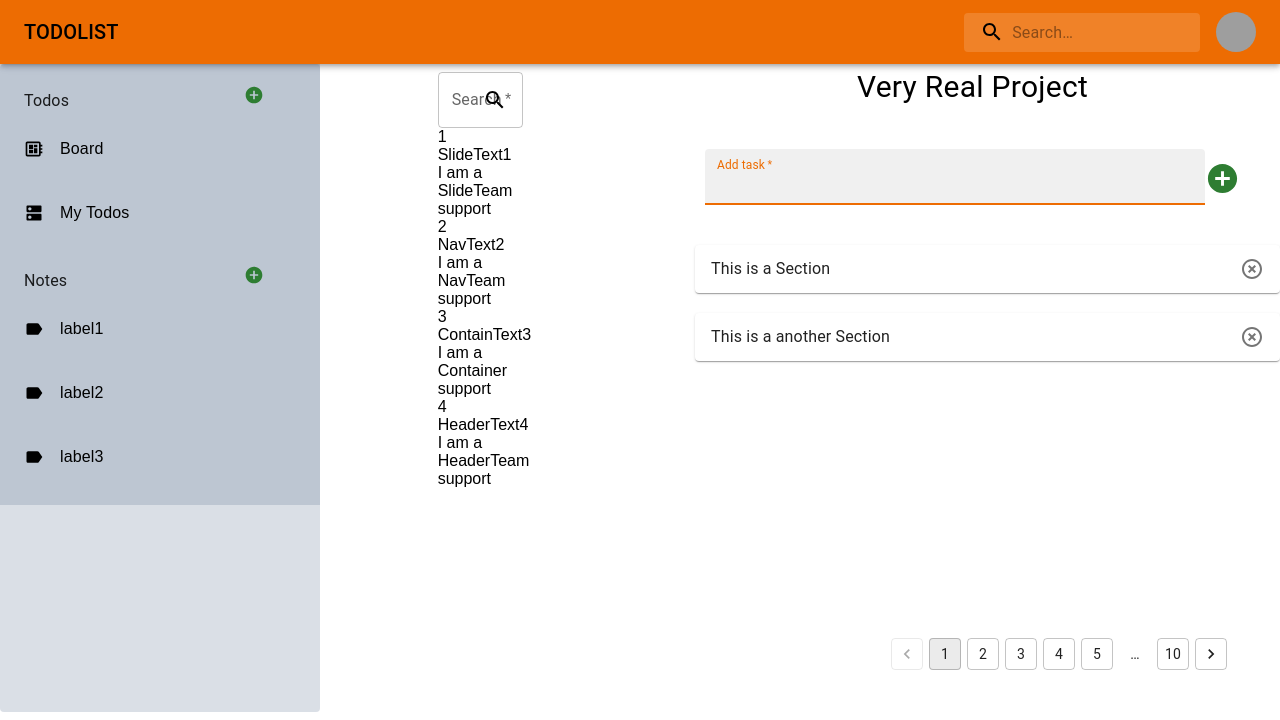
Repository: HrishrathTBS/Trackerbea
Page: /board (app in client/)
The author's editor kept a copy of each file at every save. The page is drawn from the files as they stood at one save, then again after the next save.
The browser window is 1280 px wide. The pictures show the whole page.
Pictures or frames that could not be fetched are drawn as grey boxes. The project was rebuilt for these pictures with package versions that can differ from the ones it lists, and the page was loaded fresh each time. Also part of the build but not shown: client/src/components/TodoList.js, client/src/components/ListOfBar.js, client/src/components/MyTodos.js, client/src/pages/Label/Label1.js, client/src/pages/Label/Label2.js, client/src/pages/Label/Label3.js.

Above is the page before, as saved 2022-03-10 17:57:51.

After the next save:
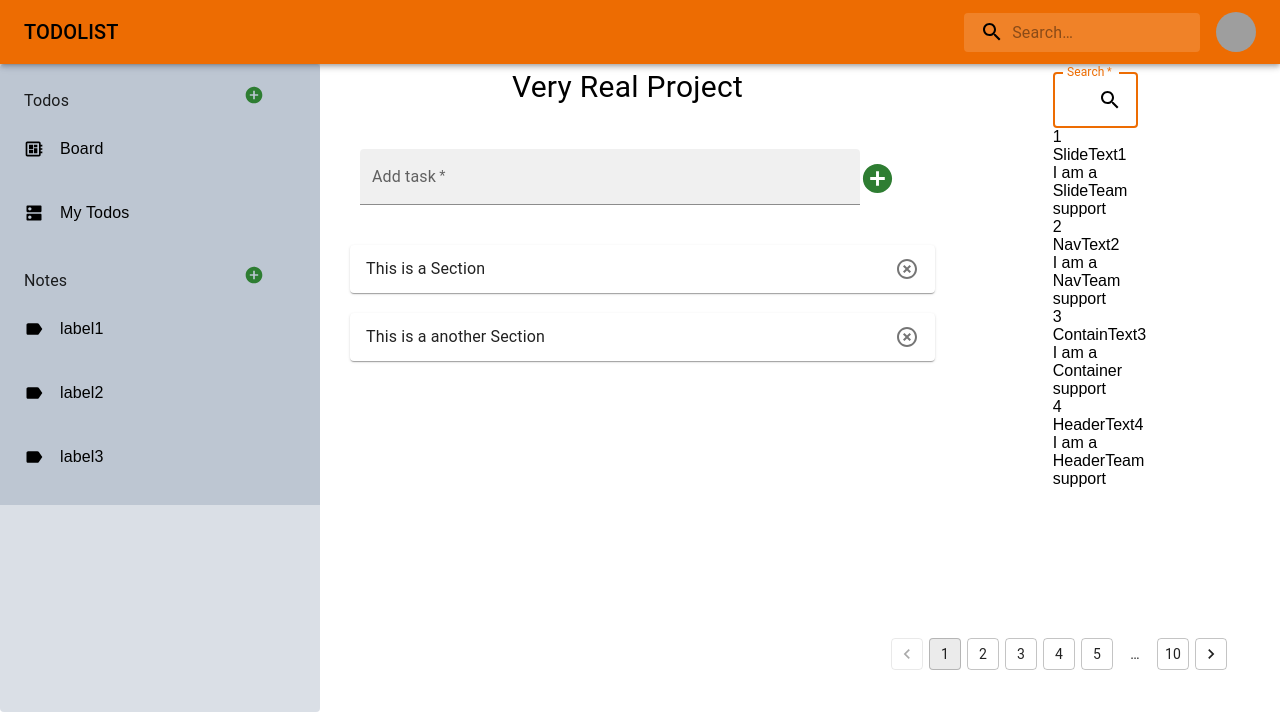
Saved 13 s later.
--- a/client/src/components/Layout.js
+++ b/client/src/components/Layout.js
@@ -10,8 +10,8 @@ const Layout = () => {
       <Header />
       <div style={{ display: 'flex' }}>
         <SideBar />
+        {<Outlet />}
         <Filter />
-        {<Outlet />}
       </div>
     </>
   );
